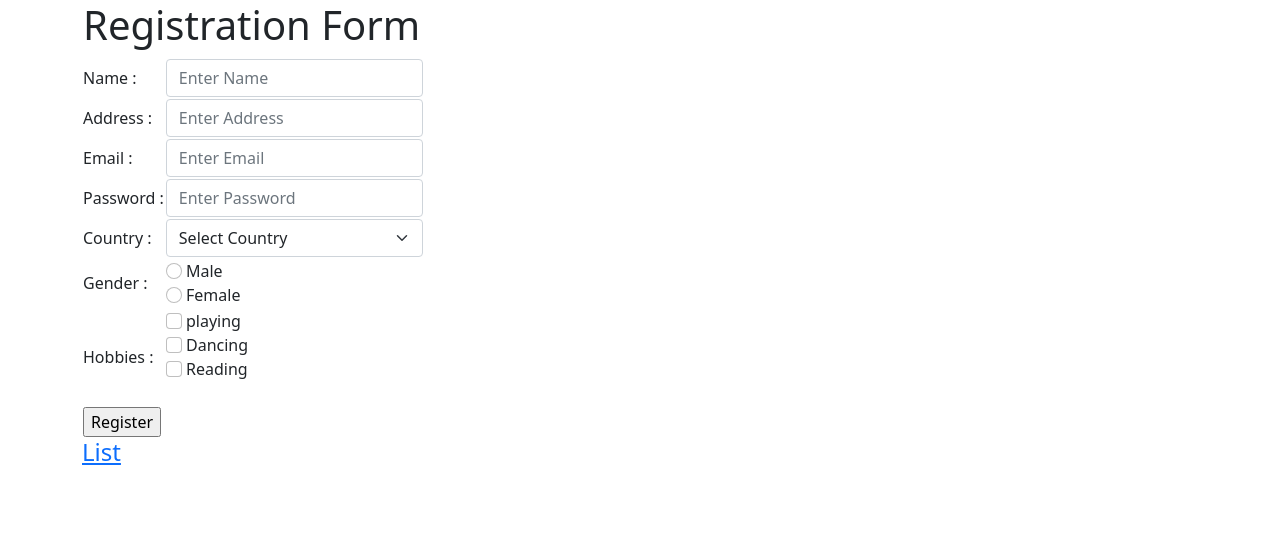
Repository: testuser85495/Java-Practical
Page: http://localhost/First_demo/
The author's editor kept a copy of each file at every save. The page is drawn from the files as they stood at one save, then again after the next save.
The browser window is 1280 px wide. The pictures show the whole page.
The page is served by Tomcat 9.

Above is the page before, as saved 2024-07-23 13:28:30.

After the next save:
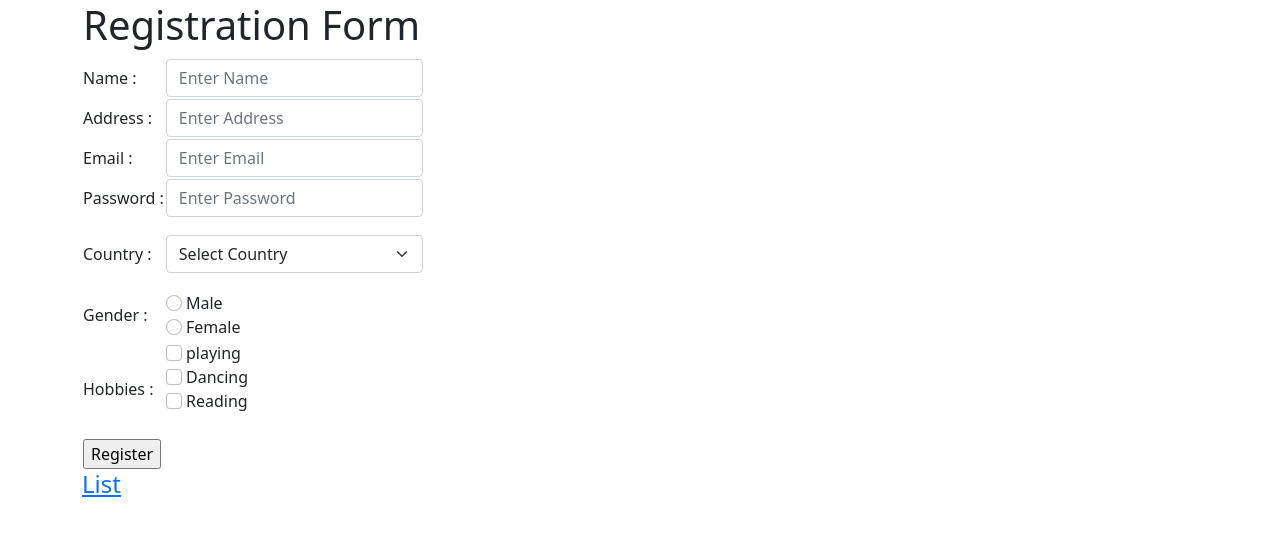
Saved 26 s later.
--- a/First_demo/src/main/webapp/index.jsp
+++ b/First_demo/src/main/webapp/index.jsp
@@ -58,7 +58,7 @@
 
 				<tr>
 					<td><label>Country : </label></td>
-					<td><select name="country" id="Country" class="form-select">
+					<td><select name="country" id="Country" class="form-select my-3">
 					        <option selected>Select Country</option>
 							<option value="India">India</option>
 							<option value="USA">USA</option>
